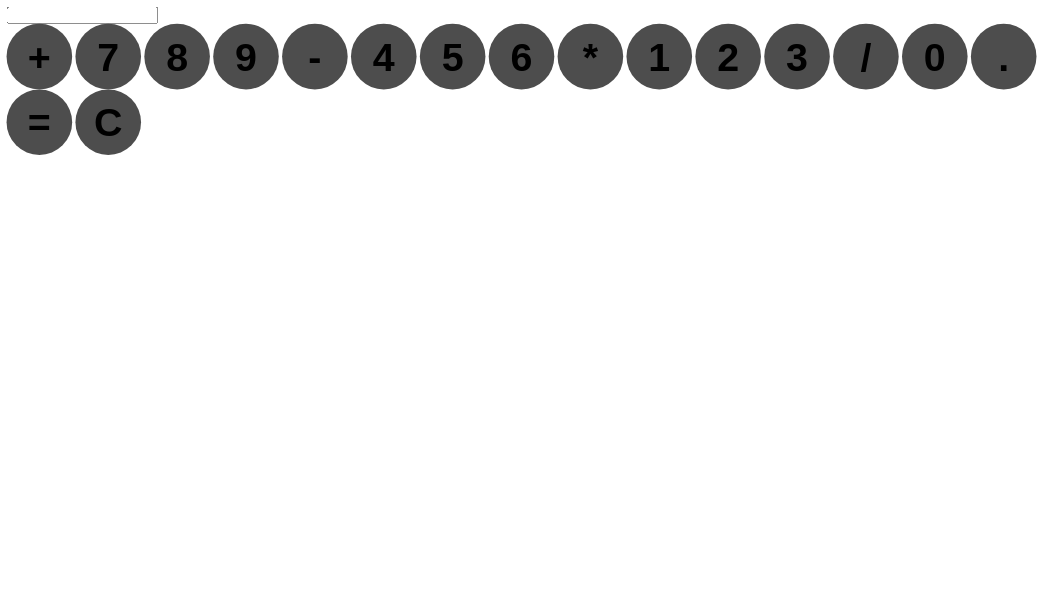
Repository: Haakim19/JavaScript
Page: Calculater/Main.html
These files come from the project's save history. The page is drawn as it stood at one moment and after the next save; the edit follows.
The browser window is 1280 px wide. The pictures show the whole page, at 82% of full size.

Above is the page before, as saved 2024-10-22 21:41:32.

After the next save:
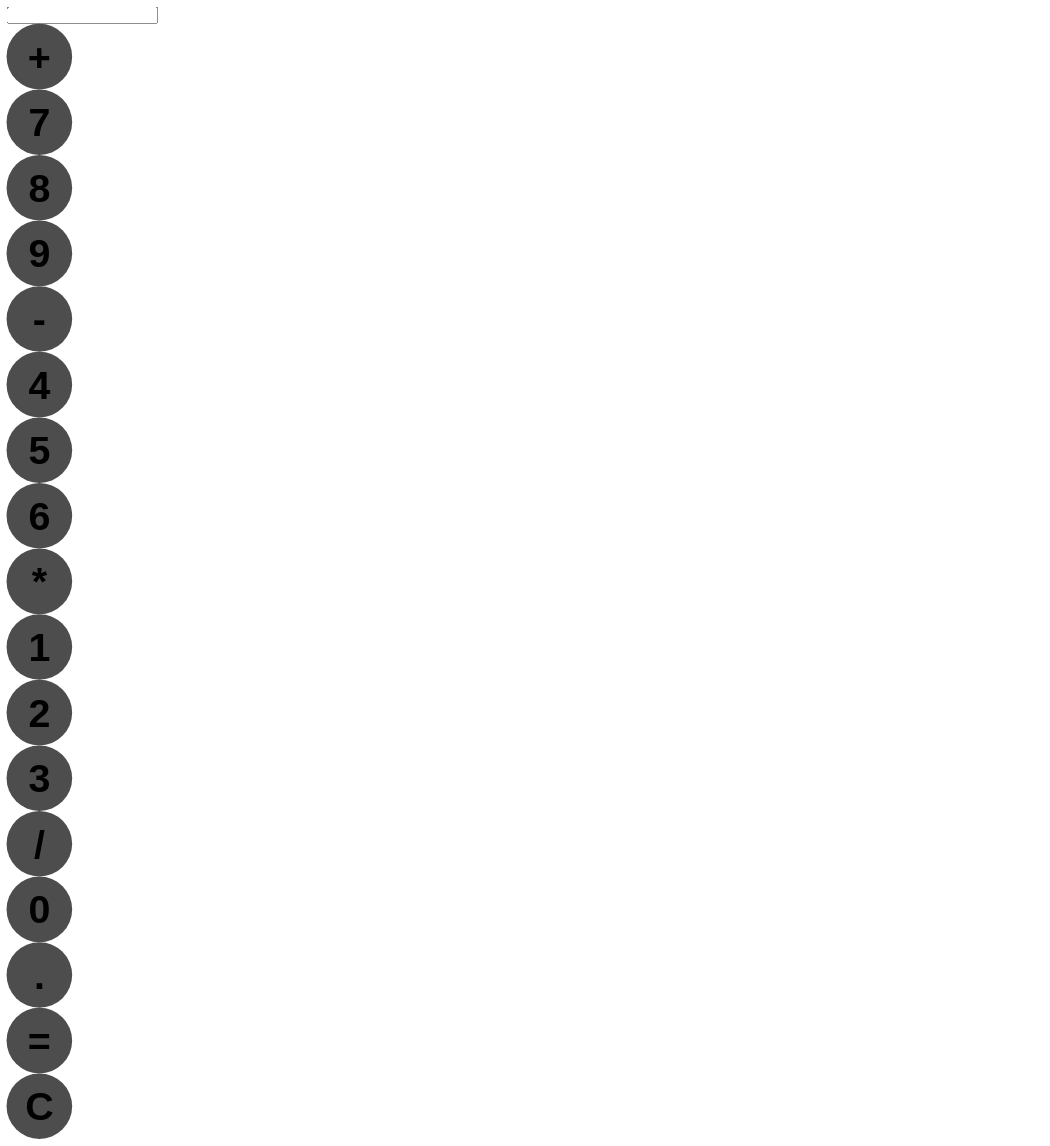
Saved 17 s later.
--- a/Calculater/Main.css
+++ b/Calculater/Main.css
@@ -1,4 +1,4 @@
-#keys{
+.keys{
     display: grid;
 }
 button{
